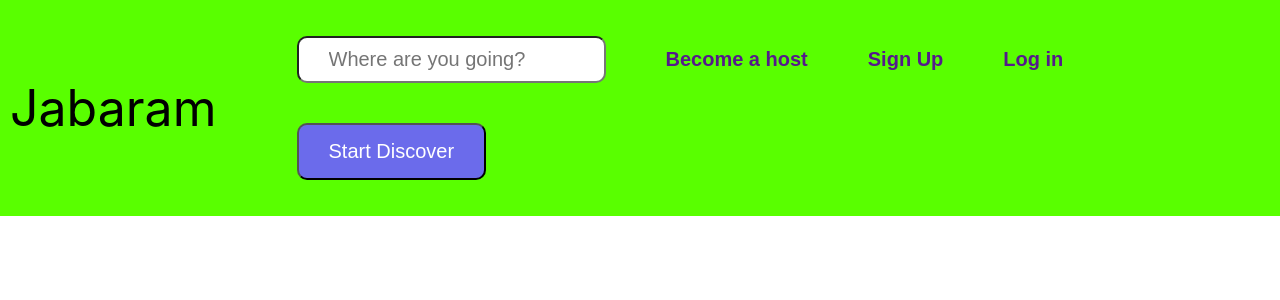
Repository: manahiang/Jabaram-web
Page: / (app in src/)
The author's editor kept a copy of each file at every save. The page is drawn from the files as they stood at one save, then again after the next save.
The browser window is 1280 px wide. The pictures show the whole page.
The pointer rests on the first visible `.header ul li`.
The project was rebuilt for these pictures with package versions that can differ from the ones it lists, and the page was loaded fresh each time. Also part of the build but not shown: src/src/App.css.

Above is the page before, as saved 2022-11-30 09:30:16.

### src/src/index.css
body {
  margin: 0;
  padding: 0;
  font-family: -apple-system, BlinkMacSystemFont, 'Segoe UI', 'Roboto', 'Oxygen',
    'Ubuntu', 'Cantarell', 'Fira Sans', 'Droid Sans', 'Helvetica Neue',
    sans-serif;
  -webkit-font-smoothing: antialiased;
  -moz-osx-font-smoothing: grayscale;
}

code {
  font-family: source-code-pro, Menlo, Monaco, Consolas, 'Courier New',
    monospace;
}
.container{
  width: 100%;
  height: auto;
  background-color: rgb(227, 212, 194);
}
.header{
  max-width: 1780px;
  height: auto;
  background-color: rgb(89, 255, 0);
  margin: auto;
  display: flex;
  align-items: center;
  justify-content:space-between
}
.header ul li{
  display: inline-block;
  padding: 20px;
  margin-left: 20px;
}
.header ul li a{
  text-decoration: none;
  font-size: 20px;
  font-family:Arial, Helvetica, sans-serif;
  font-weight: 800;
 transition: all 0.5s;
}
.header ul li:hover a{
  color: rgb(41, 34, 34);
  background-color: rgb(195, 173, 173);
}
.menu li input{
  padding: 10px;
  outline: none;
  border-radius: 10px;
  padding-left: 30px;
  font-size: 20px;
}
.menu ul li  button{
  font-size: 20px;
  background-color: rgb(107, 107, 235);
  color: white;
  padding: 15px;
  padding-left: 30px;
  padding-right: 30px;
  border-radius: 10px;
  outline: none;
  cursor: pointer;
}

/* Logo */

.logo{
  margin-left: 10px;
  font-size: 50px;
  cursor: pointer;
}

### src/src/App.js

import './App.css';
import'./index.css';
import Header from './header';

function App() {
  return (
    <>
    <Header/>
    </>
  );
}

export default App;

### src/src/header.js
import React from 'react'

function Header() {
    return (
        <div className='container'>
            <div className='header'>
                <div className='logo'>Jabaram</div>
                <div className='menu'>
                    <ul>
                        <li><input placeholder='Where are you going?' /></li>
                        <li><a href=''>Become a host</a></li>
                        <li><a href=''>Sign Up</a></li>
                        <li><a href=''>Log in</a></li>
                        <li><button>Start Discover</button></li>
                    </ul>
                </div>
            </div>
        </div>
    )
}

export default Header

Loaded but not shown: src/public/index.html (common file); src/src/index.js (common file); src/src/reportWebVitals.js (common file); src/public/manifest.json (common file)

After the next save:
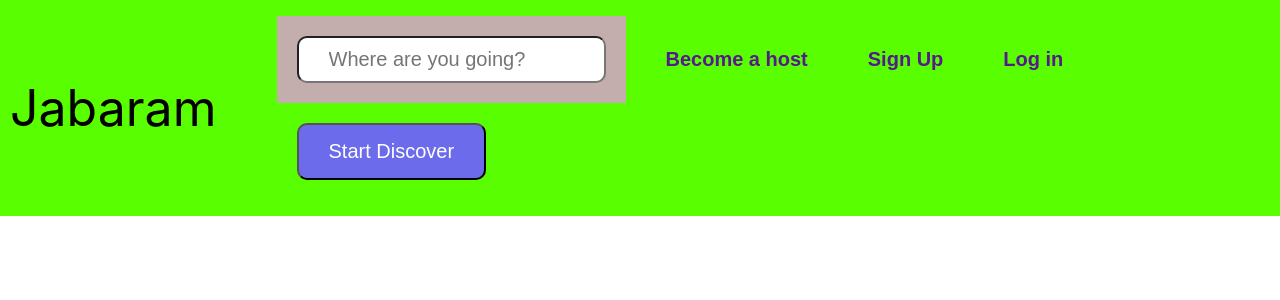
Saved 26 s later.
--- a/src/src/index.css
+++ b/src/src/index.css
@@ -38,7 +38,7 @@ code {
   font-weight: 800;
  transition: all 0.5s;
 }
-.header ul li:hover a{
+.header ul li:hover {
   color: rgb(41, 34, 34);
   background-color: rgb(195, 173, 173);
 }
